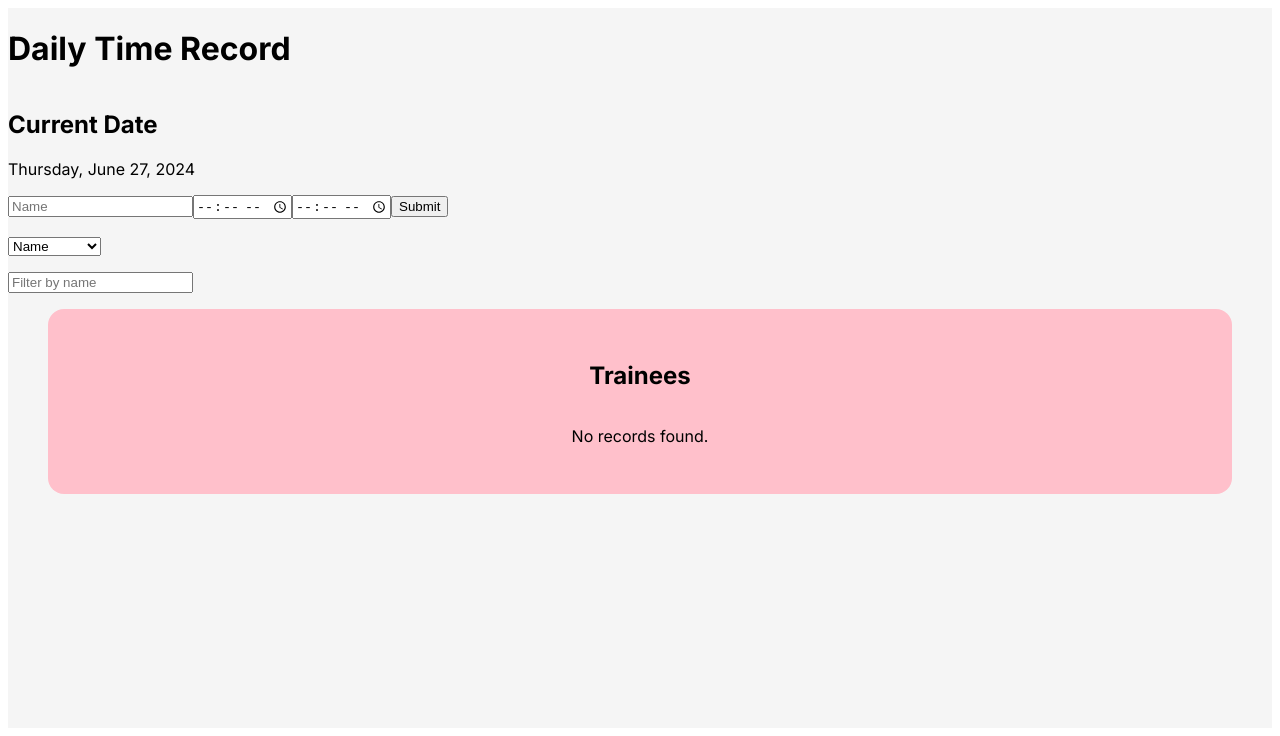
Repository: EeeeeEyyyy/daily_time_record
Page: /
These files come from the project's save history. The page is drawn as it stood at one moment and after the next save; the edit follows.
The browser window is 1280 px wide. The pictures show the whole page.
The project was rebuilt for these pictures with package versions that can differ from the ones it lists, and the page was loaded fresh each time. The framework's server and built-in components were replaced by stand-ins that run in the browser. Also part of the build but not shown: next.config.mjs, src/app/globals.css.

Above is the page before, as saved 2024-06-27 15:16:54.

### src/app/layout.js
import { Inter } from "next/font/google";
import "./globals.css";

const inter = Inter({ subsets: ["latin"] });

export const metadata = {
  title: "Daily Time Record",
  description: "Generated by create next app",
};

export default function RootLayout({ children }) {
  return (
    <html lang="en">
      <body className={inter.className}>{children}</body>
    </html>
  );
}

### src/app/page.js
"use client";
import React, { useEffect, useState } from 'react';
import styles from './page.module.css';
const DailyTimeRecord = () => {
  const [data, setData] = useState([]);
  const [name, setName] = useState('');
  const [arrivalTime, setArrivalTime] = useState('');
  const [timeOut, setTimeOut] = useState('');
  const [date, setDate] = useState('');
  const [errors, setErrors] = useState({ name: '', arrivalTime: '', timeOut: '' });
  const [filter, setFilter] = useState('');
  const [filterType, setFilterType] = useState('name');
  const [editIndex, setEditIndex] = useState(null);
  useEffect(() => {
    const storedData = JSON.parse(localStorage.getItem('user')) || [];
    setData(storedData);
    setDate(getCurrentDate());
  }, []);
  const getCurrentDate = () => {
    const now = new Date();
    return now.toLocaleDateString('en-US', {
      weekday: 'long',
      year: 'numeric',
      month: 'long',
      day: 'numeric'
    });
  };
  const formatTimeForInput = (time) => {
    const date = new Date();
    const [hours, minutes] = time.split(':');
    date.setHours(hours);
    date.setMinutes(minutes);
    return date.toTimeString().slice(0, 5);
  };
  const handleChangeName = (value) => {
    setName(value);
  };
  const handleChangeArrivalTime = (value) => {
    setArrivalTime(value);
  };
  const handleChangeTimeOut = (value) => {
    setTimeOut(value);
  };
  const handleSubmit = () => {
    const newErrors = {
      name: name ? '' : 'Name is required',
      arrivalTime: arrivalTime ? '' : 'Arrival time is required',
      timeOut: timeOut ? '' : 'Time out is required'
    };
    if (newErrors.name || newErrors.arrivalTime || newErrors.timeOut) {
      setErrors(newErrors);
      return;
    }
    const payload = {
      name,
      date,
      arrivalTime: formatTimeForInput(arrivalTime),
      timeOut: formatTimeForInput(timeOut)
    };
    if (editIndex !== null) {
      const updatedData = data.map((item, index) =>
        index === editIndex ? payload : item
      );
      setData(updatedData);
      localStorage.setItem('user', JSON.stringify(updatedData));
      setEditIndex(null);
    } else {
      const updatedData = [...data, payload];
      setData(updatedData);
      localStorage.setItem('user', JSON.stringify(updatedData));
    }
    setName('');
    setArrivalTime('');
    setTimeOut('');
    setErrors({ name: '', arrivalTime: '', timeOut: '' });
  };
  const handleDelete = (index) => {
    const updatedData = data.filter((_, i) => i !== index);
    setData(updatedData);
    localStorage.setItem('user', JSON.stringify(updatedData));
  };
  const handleEdit = (index) => {
    const record = data[index];
    setName(record.name);
    setArrivalTime(record.arrivalTime);
    setTimeOut(record.timeOut);
    setEditIndex(index);
  };
  const handleFilterChange = (e) => {
    setFilter(e.target.value);
  };
  const handleFilterTypeChange = (e) => {
    setFilterType(e.target.value);
  };
  const filteredData = data.filter((item) => {
    const searchTerm = filter.toLowerCase();
    if (filterType === 'name') {
      return item.name.toLowerCase().includes(searchTerm);
    } else if (filterType === 'date') {
      return item.date.toLowerCase().includes(searchTerm);
    } else if (filterType === 'arrivalTime') {
      return item.arrivalTime.toLowerCase().includes(searchTerm);
    } else if (filterType === 'timeOut') {
      return item.timeOut.toLowerCase().includes(searchTerm);
    }
    return false;
  });
  return (
    <div className={styles.main}>
              <h1>Daily Time Record</h1>
      <div>
        <h2>Current Date</h2>
        <p>{date}</p>
      </div>
<div>
        <input
        type="text"
        placeholder="Name"
        value={name}
        onChange={(e) => handleChangeName(e.target.value)}
      />
      {errors.name && <p style={{ color: 'red' }}>{errors.name}</p>}
      <input
        type="time"
        placeholder="Time of Arrival"
        value={arrivalTime}
        onChange={(e) => handleChangeArrivalTime(e.target.value)}
      />
      {errors.arrivalTime && <p style={{ color: 'red' }}>{errors.arrivalTime}</p>}
      <input
        type="time"
        placeholder="Time Out"
        value={timeOut}
        onChange={(e) => handleChangeTimeOut(e.target.value)}
      />
      {errors.timeOut && <p style={{ color: 'red' }}>{errors.timeOut}</p>}
      <button onClick={handleSubmit}>
        {editIndex !== null ? 'Update' : 'Submit'}
      </button>
      <div style={{ marginTop: '1rem' }}>
        <select value={filterType} onChange={handleFilterTypeChange}>
          <option value="name">Name</option>
          <option value="date">Date</option>
          <option value="arrivalTime">Arrival Time</option>
          <option value="timeOut">Time Out</option>
        </select>
        <input
          type="text"
          placeholder={`Filter by ${filterType}`}
          value={filter}
          onChange={handleFilterChange}
          style={{ display: 'block', marginTop: '1rem' }}
        />
      </div>
</div>
      <div className={styles.trainees_m}style={{ marginTop: '1rem' }}>
        <h2>Trainees</h2>
        {filteredData.length > 0 ? (
          filteredData.map((item, index) => (
            <div className={styles.trainees} key={index} style={{ marginBottom: '1rem' }}>
         <div className={styles.details}>
               <pre >
                <span className={styles.details_b}>Name:</span> {item.name}<br />
                <span className={styles.details_b}>Date:</span> {item.date}<br />
                <span className={styles.details_b}>Time of Arrival:</span> {item.arrivalTime}<br />
                <span className={styles.details_b}>Time Out:</span> {item.timeOut}
              </pre>
         </div>
             <div className={styles.button_e_d}> <button onClick={() => handleEdit(index)}>Edit</button>
              <button onClick={() => handleDelete(index)}>Delete</button></div>
            </div>
          ))
        ) : (
          <p>No records found.</p>
        )}
      </div>
    </div>
  );
};
export default DailyTimeRecord;

### src/app/page.module.css
.main{
    background-color: #f5f5f5;
    height: 100vh;
    display:flex;
    flex-direction:column;
}
.trainees_m{
border-radius:1rem;
background:pink;
padding:2rem;
margin:2.5rem;
display:flex ;
flex-direction:column;
align-items: center;
}
.trainees{
    display: flex;
    flex-direction: row;
    justify-content:space-between;
    background: rgba( 255, 255, 255, 0.25 );
box-shadow: 0 8px 32px 0 rgba( 31, 38, 135, 0.37 );
backdrop-filter: blur( 4px );
-webkit-backdrop-filter: blur( 4px );
border-radius: 1rem;
border: 1px solid rgba( 255, 255, 255, 0.18 );
    margin:1rem;
    padding: 1rem;
    width:30rem;
}
.details_b{
    font-weight: bold;
}
.button_e_d{
    display: flex;
    flex-direction: row;
    justify-content:center;
    gap:1rem;
    height:2rem;
    align-items: center;
    padding-top:1.8rem;

}

After the next save:
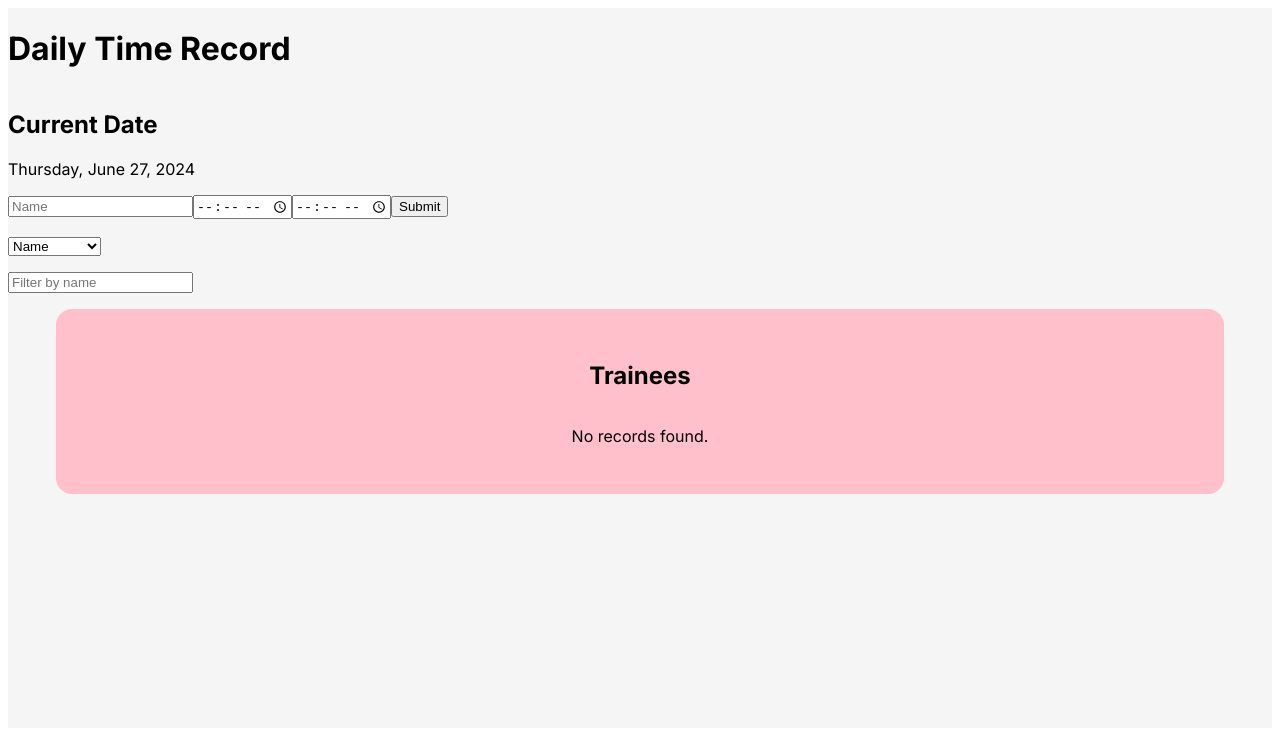
Saved 4 s later.
--- a/src/app/page.module.css
+++ b/src/app/page.module.css
@@ -8,7 +8,7 @@
 border-radius:1rem;
 background:pink;
 padding:2rem;
-margin:2.5rem;
+margin:3rem;
 display:flex ;
 flex-direction:column;
 align-items: center;
